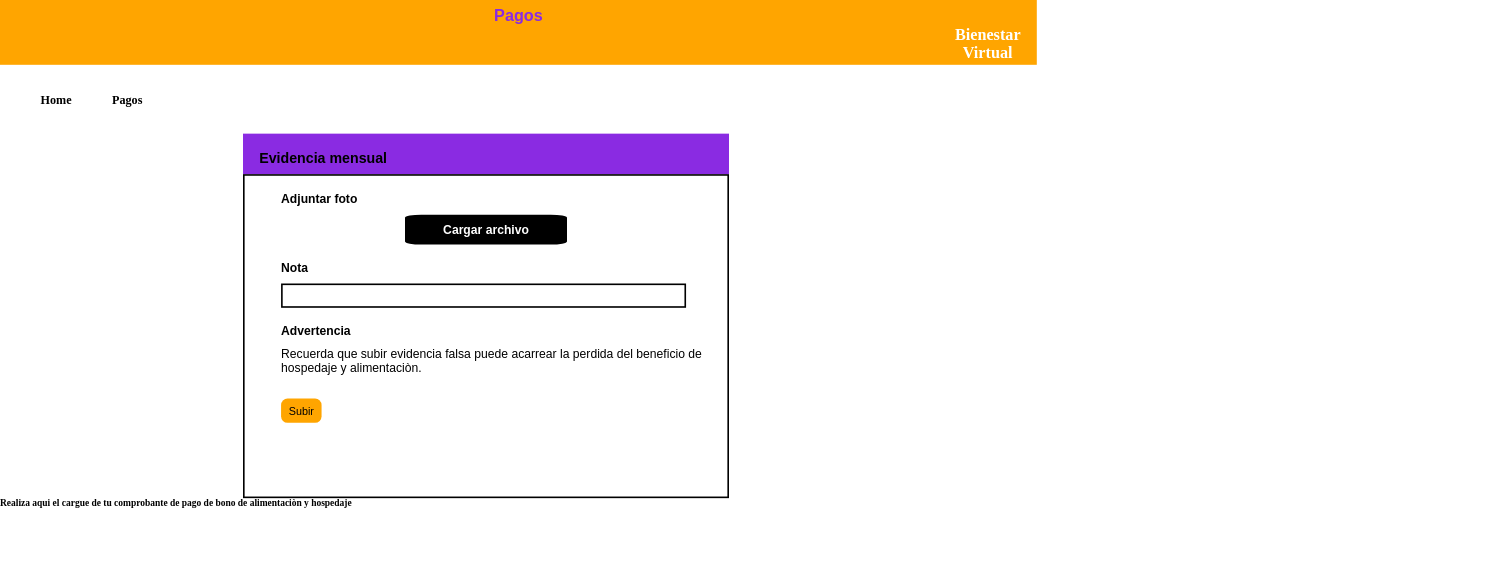
Repository: Diani123/Mis-actividades
Page: softwarebienestarinstitucional/pagos.html
An editor plug-in stored every save of this project. The page is shown before and after the next save, followed by the edit.
The browser window is 1280 px wide. The page is 1280 px wide, then 1866 px, so the pictures cover 1866 px, including what lies to the right of the window. The pictures show the whole page, at 81% of full size.

Above is the page before, as saved 2023-02-12 20:22:32.

### softwarebienestarinstitucional/pagos.html
<!DOCTYPE html>
<html lang="en">
  <head>
    <meta charset="UTF-8" />
    <meta http-equiv="X-UA-Compatible" content="IE=edge" />
    <meta name="viewport" content="width=device-width, initial-scale=1.0" />
    <link rel="stylesheet" href="./pagos.css" />
    <title>Document</title>
  </head>
  <body>
    <header>
      <div class="Encabezado">
        <h2 class="title1">Pagos</h2>
        <h2 class="title2">Bienestar</h2>
        <h2 class="title3">Virtual</h2>
      </div>
    </header>
    <div class="Items">
      <a href="./home.html" class="item"><h2 class="item-title">Home</h2></a>
      <a href="./pagos.html" class="item"><h2 class="item-title">Pagos</h2></a>
    </div>
    <div class="ContainerT">
      <div class="ContainerTitle">
        <h3 class="title4">Evidencia mensual</h3>
      </div>
      <div class="Container-dowload">
        <form
          action="../../form-result.php"
          method="post"
          enctype="multipart/form-data"
          target="_blank"
        >
          <p class="textt">Adjuntar foto</p>
          <br />

          <div class="custom-input-file col-md-6 col-sm-6 col-xs-6">
            <input
              type="file"
              id="fichero-tarifas"
              class="input-file"
              value=""
            />
            Cargar archivo
          </div>

          <p class="textt">Nota</p>
          <br />
          <section class="Section-nota">
            <input class="input3" type="text" name="" id="" />
          </section>
          <p class="textt">Advertencia</p>
          <br />
          <h2 class="advertencia">
            Recuerda que subir evidencia falsa puede acarrear la perdida del
            beneficio de hospedaje y alimentaciòn.
          </h2>
          <button class="boton">Subir</button>
        </form>
      </div>
      <div>
        <h3>Realiza aqui el cargue de tu comprobante de pago de bono de alimentaciòn y hospedaje</h3>
      </div>
    </div>

  </body>
</html>

### softwarebienestarinstitucional/pagos.css
* {
    margin: 0;
    padding: 0;
    box-sizing: border-box;
  }
  html {
    font-size: 62.5%;
  }
  html,
  body {
    min-height: 100%;
  }
  .Encabezado {
    display: flex;
    flex-direction: column;
    width: 100%;
    height: 80px;
    background-color: orange;
  }
  .Items {
    display: flex;
    flex-direction: row;
    text-align: left;
    height: 50px;
    margin-top: 15px;
    margin-bottom: 20px;
  }
  .title1 {
    padding-top: 8px;
    text-align: center;
    font-size: 2rem;
    font-family: Arial, Helvetica, sans-serif;
    color: blueviolet;
  }
  .title2 {
    text-align: end;
    margin-right: 20px;
    font-size: 2rem;
    color: white;
  }
  .title3 {
    text-align: end;
    margin-right: 30px;
    font-size: 2rem;
    color: white;
    padding-top: px;
  }
  .item-title {
    padding-top: 20px;
    padding-left: 50px;
    color: black;
  }
  .item{
    text-decoration: none;
  }
  .item:hover{
    border-bottom: solid 2px orange;
    border-width: 2px;


  }


  .ContainerTitle {
    margin-left: 300px;
    height: 50px;
    width: 600px;
    background-color: blueviolet;
    padding-left: 20px;
    padding-top: 20px;
    font-size: 1.5rem;
    font-family: Arial, Helvetica, sans-serif;
  }
  .Container-dowload{
    margin-left: 300px;
    width: 600px;
    height: 400px;
    border: solid 2px black;
  }
  .ContainerT{
    display: grid;

  }

  .textt{
    margin-top: 20px;
    margin-left: 45px;
    font-size: 1.5rem;
    font-weight: 700;
    font-family: Arial, Helvetica, sans-serif;
  }
  .section1{
    width: 500px;
    height: 80px;
    margin-left: 45px;
    border: solid 2px black;
    justify-content: center;
    align-items: center;
  }

  .input3{
    width: 500px;
    height: 30px;
    margin-left: 45px;
    border: solid 2px black;


  }
  .advertencia{
    margin-left: 45px;
    font-weight: 100;
    font-family: Arial, Helvetica, sans-serif;
  }
  .boton{
    margin-top: 30px;
    margin-left: 45px;
    width: 50px;
    height: 30px;
    background-color: orange;
    border-radius: 8px;
    border: none;
    cursor: pointer;

  }
  .boton:hover{
    box-shadow: 0 0 20px blueviolet;
  }
  .custom-input-file {
    background-color: black;
    color: #fff;
    cursor: pointer;
    font-size: 1.5rem;
    font-weight: bold;
    margin: 0 auto 0;
    min-height: 15px;
    overflow: hidden;
    padding: 10px;
    position: relative;
    text-align: center;
    width: 200px;
    border-radius: 10%;
    font-family: Arial, Helvetica, sans-serif;
  }

  .custom-input-file .input-file {
   border: 10000px solid transparent;
   cursor: pointer;
   font-size: 10000px;
   margin: 0;
   opacity: 0;
   outline: 0 none;
   padding: 0;
   position: absolute;
   right: -1000px;
   top: -1000px;
  }

After the next save:
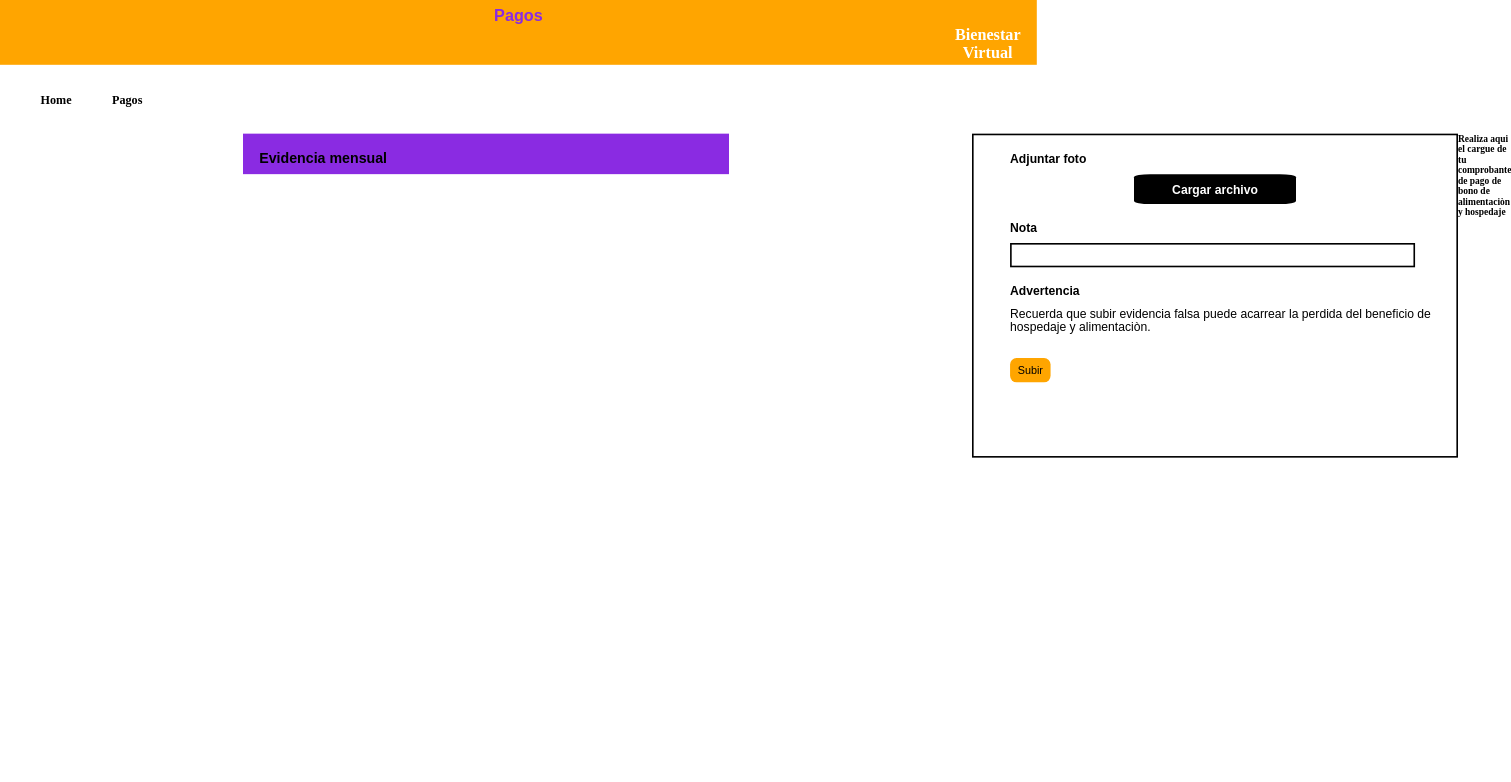
Saved 2 min 36 s later.
--- a/softwarebienestarinstitucional/pagos.css
+++ b/softwarebienestarinstitucional/pagos.css
@@ -79,6 +79,10 @@
   }
   .ContainerT{
     display: grid;
+    grid-template-columns: repeat(3, 1fr);
+grid-template-rows: repeat(2, 1fr);
+grid-column-gap: 0px;
+grid-row-gap: 0px;
 
   }
 
